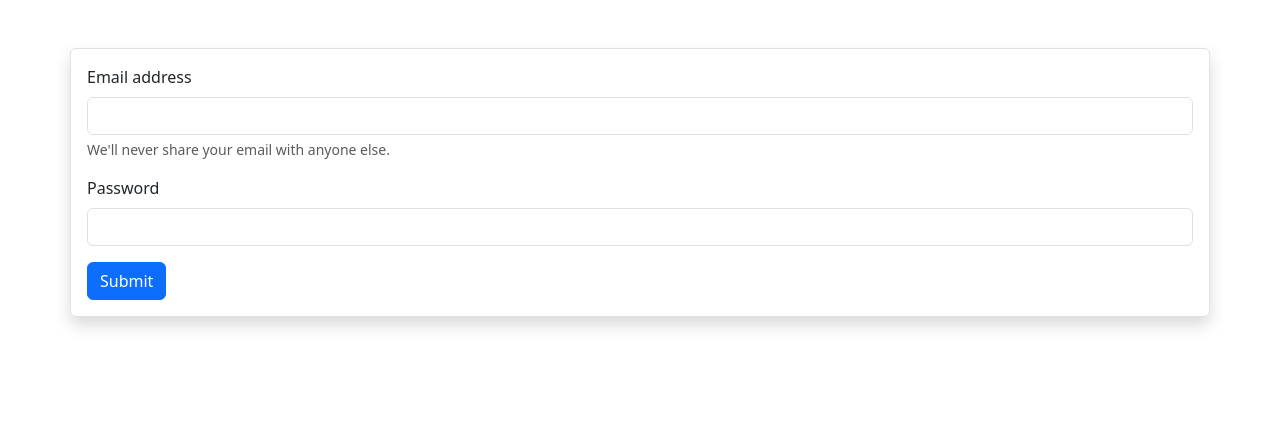
Repository: Ruddro420/laravel-curd-operation
Page: http://localhost/user
An editor plug-in stored every save of this project. The page is shown before and after the next save, followed by the edit.
The browser window is 1280 px wide. The pictures show the whole page.
The page is served by the project's Laravel application, run on PHP 8.4 with Laravel 12. Other server files are loaded and not shown. Queries for data that is not in the repository find no rows.

Above is the page before, as saved 2024-09-20 20:29:29.

### routes/web.php
<?php

use App\Http\Controllers\UserController;
use Illuminate\Support\Facades\Route;

Route::get('/', function () {
    return view('welcome');
});

Route::get('/user', [UserController::class, 'index'])->name('user');
Route::post('/user/add', [UserController::class, 'create'])->name('user.store');

### app/Http/Controllers/UserController.php
<?php

namespace App\Http\Controllers;

use App\Models\UserData;
use Illuminate\Http\Request;

class UserController extends Controller
{
    /**
     * Display a listing of the resource.
     */
    public function index()
    {
        $data = UserData::all();
        return view('home',compact('data'));
    }

    /**
     * Show the form for creating a new resource.
     */
    public function create(Request $request)
    {

        $data = new UserData();
        $data->name = $request->name;
        $data->email = $request->email;
        $data->save();
        return redirect()->route('user');
    }

    /**
     * Store a newly created resource in storage.
     */
    public function store(Request $request)
    {
        //
    }

    /**
     * Display the specified resource.
     */
    public function show(string $id)
    {
        //
    }

    /**
     * Show the form for editing the specified resource.
     */
    public function edit(string $id)
    {
        //
    }

    /**
     * Update the specified resource in storage.
     */
    public function update(Request $request, string $id)
    {
        //
    }

    /**
     * Remove the specified resource from storage.
     */
    public function destroy(string $id)
    {
        //
    }
}

### app/Models/UserData.php
<?php

namespace App\Models;

use Illuminate\Database\Eloquent\Factories\HasFactory;
use Illuminate\Database\Eloquent\Model;

class UserData extends Model
{
    use HasFactory;
}

### resources/views/home.blade.php
<!DOCTYPE html>
<html lang="en">

<head>
    <meta charset="UTF-8">
    <meta name="viewport" content="width=device-width, initial-scale=1.0">
    <link href="https://cdn.jsdelivr.net/npm/bootstrap@5.3.3/dist/css/bootstrap.min.css" rel="stylesheet" integrity="sha384-QWTKZyjpPEjISv5WaRU9OFeRpok6YctnYmDr5pNlyT2bRjXh0JMhjY6hW+ALEwIH" crossorigin="anonymous">
    <title>Document</title>
</head>

<body>
    <div class="container mt-5 border shadow p-3 rounded">
        <div class="row">
            <div class="col">
                <form action="{{ route('user.store') }}" method="POST" enctype="multipart/form-data">
                    @csrf
                    <div class="mb-3">
                        <label for="exampleInputEmail1" class="form-label">Email address</label>
                        <input type="text" class="form-control" id="exampleInputEmail1" aria-describedby="emailHelp" name="name">
                        <div id="emailHelp" class="form-text">We'll never share your email with anyone else.</div>
                    </div>
                    <div class="mb-3">
                        <label for="exampleInputPassword1" class="form-label">Password</label>
                        <input type="email" class="form-control" id="exampleInputPassword1" name="email">
                    </div>

                    <button type="submit" class="btn btn-primary">Submit</button>
                </form>
            </div>
        </div>
    </div>

    <script src="https://cdn.jsdelivr.net/npm/bootstrap@5.3.3/dist/js/bootstrap.bundle.min.js" integrity="sha384-YvpcrYf0tY3lHB60NNkmXc5s9fDVZLESaAA55NDzOxhy9GkcIdslK1eN7N6jIeHz" crossorigin="anonymous"></script>
</body>

</html>

Loaded but not shown: app/Http/Controllers/Controller.php (common file)

After the next save:
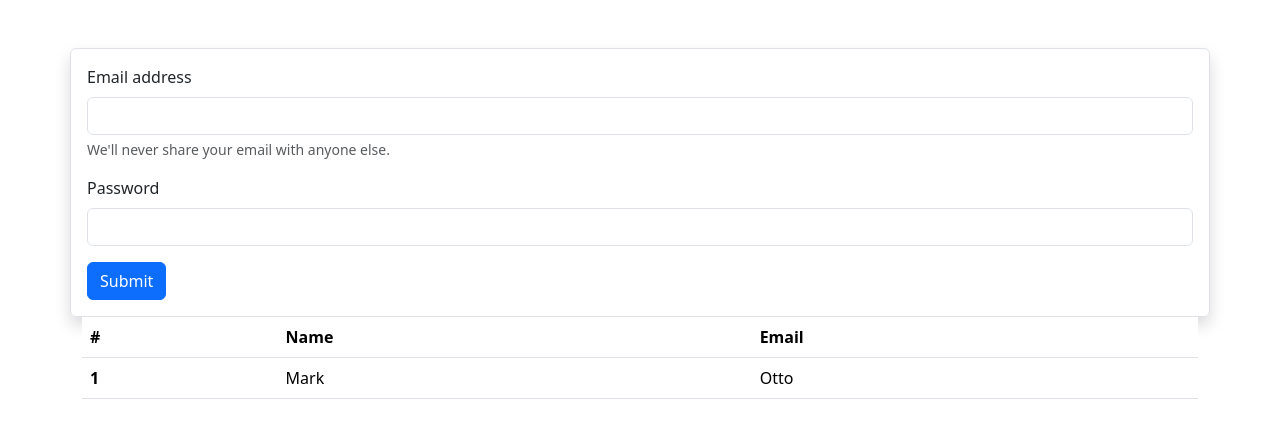
Saved 64 s later.
--- a/resources/views/home.blade.php
+++ b/resources/views/home.blade.php
@@ -30,6 +30,29 @@
         </div>
     </div>
 
+    <div class="container">
+        <div class="row">
+            <div class="col">
+                <table class="table">
+                    <thead>
+                        <tr>
+                            <th scope="col">#</th>
+                            <th scope="col">Name</th>
+                            <th scope="col">Email</th>
+                        </tr>
+                    </thead>
+                    <tbody>
+                        <tr>
+                            <th scope="row">1</th>
+                            <td>Mark</td>
+                            <td>Otto</td>
+                        </tr>
+                    </tbody>
+                </table>
+            </div>
+        </div>
+    </div>
+
     <script src="https://cdn.jsdelivr.net/npm/bootstrap@5.3.3/dist/js/bootstrap.bundle.min.js" integrity="sha384-YvpcrYf0tY3lHB60NNkmXc5s9fDVZLESaAA55NDzOxhy9GkcIdslK1eN7N6jIeHz" crossorigin="anonymous"></script>
 </body>
 
